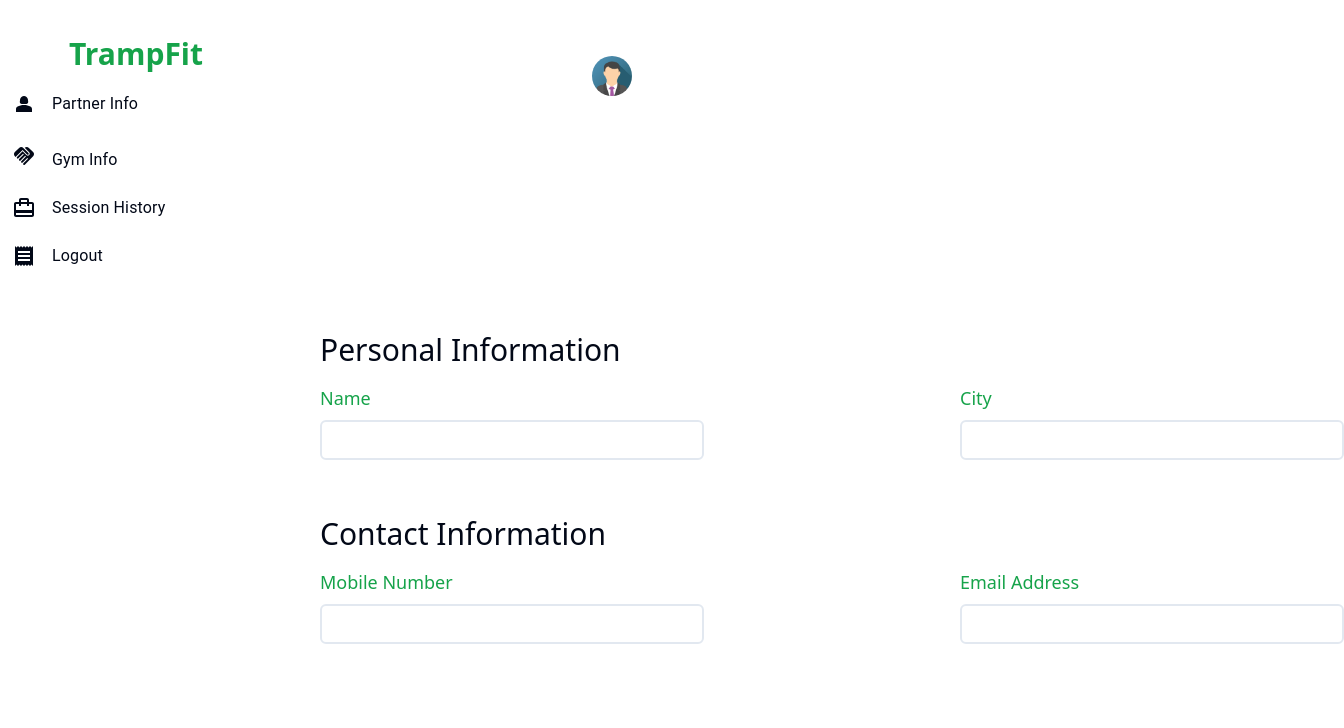
Repository: ezioxatul/TrampFit-Website
Page: /partner/partnerDashboard/partnerInfo (app in Frontend/)
An editor plug-in stored every save of this project. The page is shown before and after the next save, followed by the edit.
The browser window is 1280 px wide. The page is 1344 px wide, so the pictures cover 1344 px, including what lies to the right of the window. The pictures show the whole page.
The project was rebuilt for these pictures with package versions that can differ from the ones it lists, and the page was loaded fresh each time. The framework's server and built-in components were replaced by stand-ins that run in the browser. Also part of the build but not shown: Frontend/next.config.js, Frontend/next.config.mjs, Frontend/components/Loader.js, Frontend/components/Popup.js.

Above is the page before, as saved 2024-05-16 17:45:34.

### Frontend/pages/_app.js
import Loader from "@/components/Loader";
import "@/styles/globals.css";
import { useRouter } from "next/router";
import { useEffect, useState } from "react";


const Loading = () => {

  return (
    <Loader/>
  );
}

export default function App({ Component, pageProps }) {

  const [loading, setLoading] = useState(false);
  const router = useRouter();

  useEffect(() => {
    const handleStart = () => setLoading(true);
    const handleComplete = () => setLoading(false);

    router.events.on('routeChangeStart', handleStart);
    router.events.on('routeChangeComplete', handleComplete);
    router.events.on('routeChangeError', handleComplete);

    return () => {
      router.events.off('routeChangeStart', handleStart);
      router.events.off('routeChangeComplete', handleComplete);
      router.events.off('routeChangeError', handleComplete);
    };
  }, []);

  return (
    <>
    <div className="h-2">
      {
        loading  &&
          <Loading />

      }
      </div>
          <Component {...pageProps} />

    </>
  );
}

### Frontend/pages/_document.js
import { Html, Head, Main, NextScript } from "next/document";

export default function Document() {
  return (
    <Html lang="en">
          <Head />
          <body>
            <Main />
            <NextScript />
          </body>
        </Html>
        );
}

### Frontend/pages/partner/partnerDashboard/partnerInfo.js
import PartnerSideBar from "@/components/PartnerSideBar";
import { Avatar } from "@mui/material";
import { Input } from "@/components/ui/input";
import { Label } from "@/components/ui/label";
import { useEffect, useState } from "react";
import { useRouter } from "next/router";
import { ToastContainer, toast } from "react-toastify";

export default function partnerInfo() {
    const inputClassName = "w-96 text-lg border-2";
    const labelClassName = "text-lg text-green-600 font-normal";
    const containerClassName = "ml-80";

    return (
        <>
            <div className="flex flex-col min-h-screen">
                <div className="flex">
                    <PartnerSideBar />
                    <div className={`${containerClassName} mt-12 ml-8`}>
                        <Avatar className="w-36 h-36 text-6xl bg-black" src="/avtar.png" />
                    </div>
                </div>
                <div>
                    <h1 className={`${containerClassName} text-3xl mb-4`}>Personal Information</h1>
                    <div className={`${containerClassName} flex mb-10`}>
                        <div className="mr-32 space-y-2">
                            <Label htmlFor="name" className={labelClassName}>
                                Name
                            </Label>
                            <Input type="text" className={inputClassName} />
                        </div>
                        <div className="ml-32 space-y-2">
                            <Label htmlFor="city" className={labelClassName}>
                                City
                            </Label>
                            <Input type="text" className={inputClassName} />
                        </div>
                    </div>
                </div>
                <div>
                    <h1 className={`${containerClassName} text-3xl mb-4 mt-4`}>Contact Information</h1>
                    <div className={`${containerClassName} flex mb-10`}>
                        <div className="mr-32 space-y-2">
                            <Label htmlFor="name" className={labelClassName}>
                                Mobile Number
                            </Label>
                            <Input type="text" className={inputClassName} />
                        </div>
                        <div className="ml-32 space-y-2 mb-10">
                            <Label htmlFor="city" className={labelClassName}>
                                Email Address
                            </Label>
                            <Input type="text" className={inputClassName} />
                        </div>
                        <ToastContainer />
                    </div>
                </div>
            </div>
        </>
    );
}

### Frontend/styles/globals.css
@tailwind base;
@tailwind components;
@tailwind utilities;


@layer base {
  :root {
    --background: 0 0% 100%;
    --foreground: 222.2 84% 4.9%;

    --card: 0 0% 100%;
    --card-foreground: 222.2 84% 4.9%;

    --popover: 0 0% 100%;
    --popover-foreground: 222.2 84% 4.9%;

    --primary: 222.2 47.4% 11.2%;
    --primary-foreground: 210 40% 98%;

    --secondary: 210 40% 96.1%;
    --secondary-foreground: 222.2 47.4% 11.2%;

    --muted: 210 40% 96.1%;
    --muted-foreground: 215.4 16.3% 46.9%;

    --accent: 210 40% 96.1%;
    --accent-foreground: 222.2 47.4% 11.2%;

    --destructive: 0 84.2% 60.2%;
    --destructive-foreground: 210 40% 98%;

    --border: 214.3 31.8% 91.4%;
    --input: 214.3 31.8% 91.4%;
    --ring: 222.2 84% 4.9%;

    --radius: 0.5rem;
  }

  .dark {
    --background: 222.2 84% 4.9%;
    --foreground: 210 40% 98%;

    --card: 222.2 84% 4.9%;
    --card-foreground: 210 40% 98%;

    --popover: 222.2 84% 4.9%;
    --popover-foreground: 210 40% 98%;

    --primary: 210 40% 98%;
    --primary-foreground: 222.2 47.4% 11.2%;

    --secondary: 217.2 32.6% 17.5%;
    --secondary-foreground: 210 40% 98%;

    --muted: 217.2 32.6% 17.5%;
    --muted-foreground: 215 20.2% 65.1%;

    --accent: 217.2 32.6% 17.5%;
    --accent-foreground: 210 40% 98%;

    --destructive: 0 62.8% 30.6%;
    --destructive-foreground: 210 40% 98%;

    --border: 217.2 32.6% 17.5%;
    --input: 217.2 32.6% 17.5%;
    --ring: 212.7 26.8% 83.9%;
  }
}

@layer base {
  * {
    @apply border-border;
  }
  body {
    @apply bg-background text-foreground;
  }
}


.outline_remove:focus{


}
.focus-visible\:ring-offset-2:focus-visible{
  border:none !important;
  outline: none !important;
  border-style: none;
}

### Frontend/components/PartnerSideBar.js
import List from '@mui/material/List';
import ListItemButton from '@mui/material/ListItemButton';
import ListItemText from '@mui/material/ListItemText';
import Person2Icon from '@mui/icons-material/Person2';
import HandshakeIcon from '@mui/icons-material/Handshake';
import CardTravelIcon from '@mui/icons-material/CardTravel';
import ReceiptIcon from '@mui/icons-material/Receipt';
import LogoutIcon from '@mui/icons-material/Logout';

import { useState } from 'react';
import Link from 'next/link';
import Popup from './Popup';
import { useRouter } from 'next/router';

export default function PartnerSideBar() {

    let SideBarHeading = ['Partner Info', 'Gym Info', 'Session History', 'Logout'];

    let router = useRouter();
    let [start, setStart] = useState(false);

    const logout = () => {
        setStart(!start);
    }


    const logoutEvent = () => {
        localStorage.removeItem('partnerToken');
        setStart(false);
        router.push('/partner/partnerLogin')
    }
    return (
        <>
            <div className=" w-72  m-[-8px] p-1  mb-10">
                <Link href="#"><h1 className=' text-green-600 text-3xl font-semibold text-center mt-8 cursor-pointer'>TrampFit</h1></Link>

                <List className='bg-white mt-8 ml-6 space-y-2'>
                    {
                        SideBarHeading.map((text, index) => {
                            return (
                                index === 1 ?
                                    <>

                                        <ListItemButton className=' space-x-4 flex justify-between hover:bg-green-100 hover:rounded-2xl hover:text-green-600'>
                                            <Link href="#" className='flex space-x-4 '>
                                                <HandshakeIcon className='text-2xl' />
                                                <ListItemText primary={text} />
                                            </Link>
                                        </ListItemButton>

                                    </> :
                                    index === 0 ?
                                        <Link href="#">
                                            <ListItemButton className=' space-x-4 hover:bg-green-100 hover:rounded-2xl hover:text-green-600'>
                                                <Person2Icon className='text-2xl' />
                                                <ListItemText primary={text} />
                                            </ListItemButton>
                                        </Link> :
                                        index === 2 ?
                                            <Link href="#">
                                                <ListItemButton className=' space-x-4 hover:bg-green-100 hover:rounded-2xl hover:text-green-600'>
                                                    <CardTravelIcon className='text-2xl' />
                                                    <ListItemText primary={text} />
                                                </ListItemButton>
                                            </Link> :
                                            index === 3 ?
                                                <Link href="#">
                                                    <ListItemButton className=' space-x-4 hover:bg-green-100 hover:rounded-2xl hover:text-green-600'>
                                                        <ReceiptIcon className='text-2xl' />
                                                        <ListItemText primary={text} />
                                                    </ListItemButton>
                                                </Link> :
                                                <ListItemButton className=' space-x-4 hover:bg-green-100 hover:rounded-2xl hover:text-green-600' onClick={logout}>
                                                    <LogoutIcon className='text-2xl' />
                                                    <ListItemText primary={text} />
                                                    <Popup open={start} title={"Do you Really want to Logout?"} cancel="Cancel" logout="Logout" logoutEvent={logoutEvent} cancelEvent={logout} />
                                                </ListItemButton>
                            )
                        })
                    }
                </List>
            </div>
        </>
    );
}

### Frontend/tailwind.config.js
/** @type {import('tailwindcss').Config} */
module.exports = {
  darkMode: ["class"],
  content: [
    './pages/**/*.{js,jsx}',
    './components/**/*.{js,jsx}',
    './app/**/*.{js,jsx}',
    './src/**/*.{js,jsx}',
  ],
  prefix: "",
  theme: {
    container: {
      center: true,
      padding: "2rem",
      screens: {
        "2xl": "1400px",
      },
    },
    extend: {fontFamily: {
      play: ["Play", "sans-serif"],
    },
      colors: {
        border: "hsl(var(--border))",
        input: "hsl(var(--input))",
        ring: "hsl(var(--ring))",
        background: "hsl(var(--background))",
        foreground: "hsl(var(--foreground))",
        primary: {
          DEFAULT: "hsl(var(--primary))",
          foreground: "hsl(var(--primary-foreground))",
        },
        secondary: {
          DEFAULT: "hsl(var(--secondary))",
          foreground: "hsl(var(--secondary-foreground))",
        },
        destructive: {
          DEFAULT: "hsl(var(--destructive))",
          foreground: "hsl(var(--destructive-foreground))",
        },
        muted: {
          DEFAULT: "hsl(var(--muted))",
          foreground: "hsl(var(--muted-foreground))",
        },
        accent: {
          DEFAULT: "hsl(var(--accent))",
          foreground: "hsl(var(--accent-foreground))",
        },
        popover: {
          DEFAULT: "hsl(var(--popover))",
          foreground: "hsl(var(--popover-foreground))",
        },
        card: {
          DEFAULT: "hsl(var(--card))",
          foreground: "hsl(var(--card-foreground))",
        },
      },
      borderRadius: {
        lg: "var(--radius)",
        md: "calc(var(--radius) - 2px)",
        sm: "calc(var(--radius) - 4px)",
      },
      keyframes: {
        "accordion-down": {
          from: { height: "0" },
          to: { height: "var(--radix-accordion-content-height)" },
        },
        "accordion-up": {
          from: { height: "var(--radix-accordion-content-height)" },
          to: { height: "0" },
        },
      },
      animation: {
        "accordion-down": "accordion-down 0.2s ease-out",
        "accordion-up": "accordion-up 0.2s ease-out",
      },
    },
  },
  plugins: [require("tailwindcss-animate")],
}

Loaded but not shown: Frontend/components/ui/input.jsx (common file); Frontend/components/ui/label.jsx (common file); Frontend/lib/utils.js (common file)

After the next save:
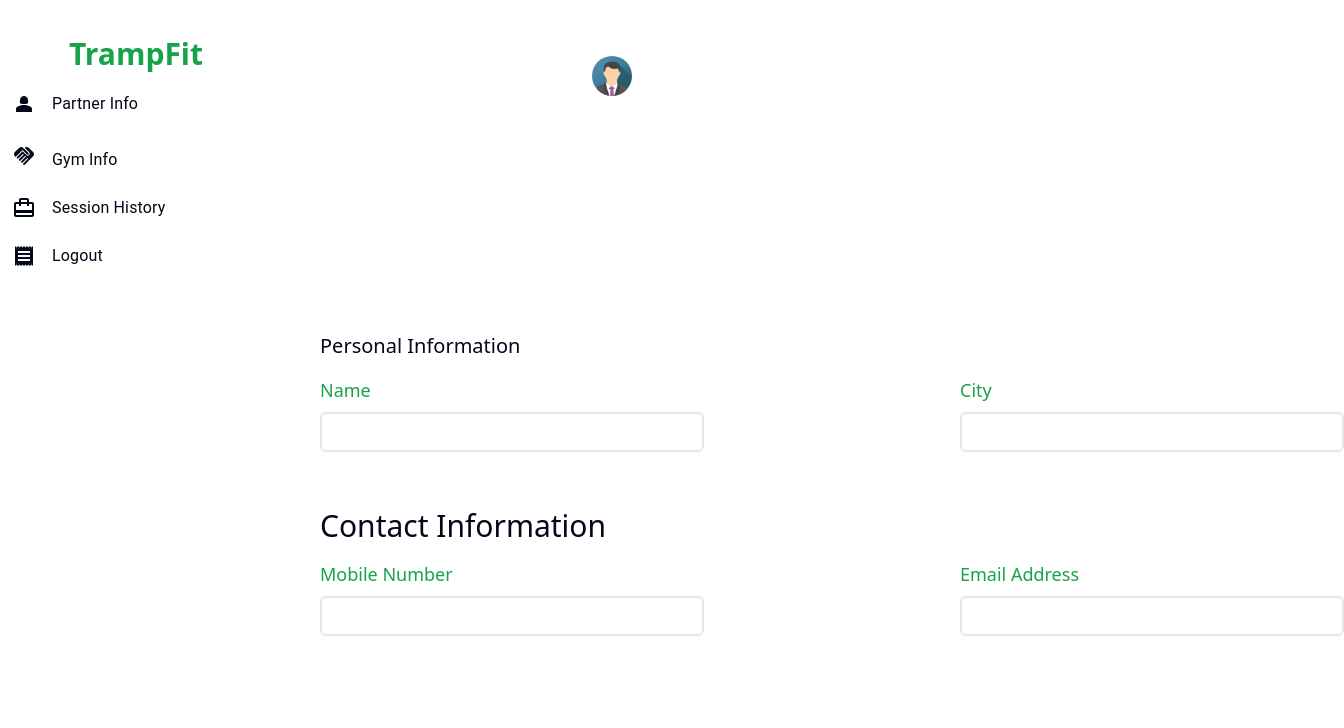
Saved 29 s later.
--- a/Frontend/pages/partner/partnerDashboard/partnerInfo.js
+++ b/Frontend/pages/partner/partnerDashboard/partnerInfo.js
@@ -21,7 +21,7 @@ export default function partnerInfo() {
                     </div>
                 </div>
                 <div>
-                    <h1 className={`${containerClassName} text-3xl mb-4`}>Personal Information</h1>
+                    <h1 className={`${containerClassName} text-xl mb-4`}>Personal Information</h1>
                     <div className={`${containerClassName} flex mb-10`}>
                         <div className="mr-32 space-y-2">
                             <Label htmlFor="name" className={labelClassName}>
